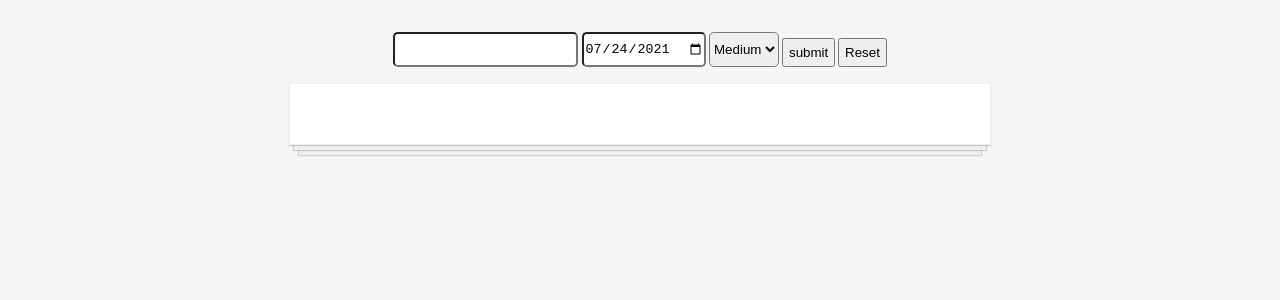
Repository: 0101chaitanya/react-todo
Page: /
These files come from the project's save history. The page is drawn as it stood at one moment and after a run of saves; the edit follows.
The browser window is 1280 px wide. The pictures show the whole page.
The project was rebuilt for these pictures with package versions that can differ from the ones it lists, and the page was loaded fresh each time. Also part of the build but not shown: src/components/TodoItem.js.

Above is the page before, as saved 2021-07-24 16:38:28.

### src/index.js
import React from "react";
import ReactDOM from "react-dom";
import "./index.css";
import App from "./App";
import reportWebVitals from "./reportWebVitals";
import css from "./App.css";

ReactDOM.render(
  <React.StrictMode>
    <App />
  </React.StrictMode>,
  document.getElementById("root")
);

// If you want to start measuring performance in your app, pass a function
// to log results (for example: reportWebVitals(console.log))
// or send to an analytics endpoint. Learn more: https://bit.ly/CRA-vitals
reportWebVitals();

### src/App.js
import React, { Component } from "react";
import TodoState from "./components/todoState";
import InputForm from "./components/InputForm";
import uniqid from "uniqid";
import { format } from "date-fns";
import css from "./App.css";
class App extends Component {
  constructor() {
    super();
    this.handleSubmit = this.handleSubmit.bind(this);
    this.state = {
      tasksArray: JSON.parse(localStorage.getItem("tasksArray")) ?? [],
    };
  }
  handleSubmit(e, input, context) {
    input.id = uniqid();

    e.preventDefault();
    this.setState(
      (prevState) => ({
        tasksArray: prevState.tasksArray.concat(input),
      }),
      () => {
        localStorage.setItem(
          "tasksArray",
          JSON.stringify(this.state.tasksArray)
        );
      }
    );

    console.log(this.state.tasksArray);
    //e.target.reset();
    e.target.submit();
  }

  render() {
    //localStorage.removeItem("tasksArray");
    //localStorage.clear();
    localStorage.setItem("tasksArray", JSON.stringify(this.state.tasksArray));
    console.log(this.state.tasksArray);

    //console.log(JSON.parse(localStorage.getItem("tasksArray")));
    return (
      <div>
        <InputForm
          className="input-form"
          //item={this.cache}
          //handleNoSubmission={this.handleNoSubmission}
          handleSubmit={this.handleSubmit}
        />
        <TodoState tasksArray={this.state.tasksArray} />
      </div>
    );
  }
}

export default App;

### src/App.css
body {
  background-color: whitesmoke;
}

.todo-list {
  background-color: white;
  margin: auto;
  width: 50%;
  display: flex;
  flex-direction: column;
  align-items: center;
  border: 1px solid #efefef;
  box-shadow:
    /* The top layer shadow */ 0 1px 1px rgba(0, 0, 0, 0.15),
    /* The second layer */ 0 10px 0 -5px #eee,
    /* The second layer shadow */ 0 10px 1px -4px rgba(0, 0, 0, 0.15),
    /* The third layer */ 0 20px 0 -10px #eee,
    /* The third layer shadow */ 0 20px 1px -9px rgba(0, 0, 0, 0.15);
  padding: 30px;
}

.todo-item {
  display: flex;
  justify-content: flex-start;
  align-items: center;
  padding: 30px 20px 0;
  width: 70%;
  border-bottom: 1px solid #cecece;
  font-family: Roboto, sans-serif;
  font-weight: 100;
  font-size: 15px;
  color: #333333;
}

input[type="checkbox"] {
  margin-right: 10px;
  font-size: 30px;
}

input[type="checkbox"]:focus {
  outline: 0;
}

.input-form {
  font-size: 1.6rem;
  display: grid;
  justify-content: center;
  position: relative;
  top: 2rem;
  margin-bottom: 3rem;
  grid-auto-flow: column;
  grid-gap: 0.2rem;
}
.input-form > * {
  border-radius: 0.3rem;
}
button,
input[type="submit"],
input[type="reset"] {
  padding: 0.3rem;
}

### src/components/todoState.js
import React from "react";
import TodoItem from "./TodoItem";
import css from "../App.css";
class TodoState extends React.Component {
  constructor(props) {
    super(props);
    this.state = {
      todos: this.props.tasksArray || [],
    };
    this.handleChange = this.handleChange.bind(this);
    //this.handleSubmit = this.handleSubmit.bind(this);
    this.deleteTask = this.deleteTask.bind(this);
    this.callSubmit = this.callSubmit.bind(this);
  }
  callSubmit(e, id, sentState) {
    this.setState(
      (prevState) => {
        const newTd = prevState.todos.map((todo) => {
          if (todo.id === id) {
            todo = sentState;
            return todo;
          } else {
            return todo;
          }
        });
        console.log(newTd);

        return {
          todos: newTd,
        };
      },
      (e) =>
        localStorage.setItem("tasksArray", JSON.stringify(this.state.todos))
    );
  }

  deleteTask(e, id) {
    this.setState(
      (prevState) => {
        const newTd = prevState.todos.filter((todo) => {
          return todo.id === id ? false : todo;
        });
        console.log(newTd);

        return {
          todos: newTd,
        };
      },
      (e) =>
        localStorage.setItem("tasksArray", JSON.stringify(this.state.todos))
    );
  }
  handleChange(id) {
    this.setState(
      (prevState) => {
        const newTodos = prevState.todos.map((todo) => {
          if (todo.id === id) {
            return {
              ...todo,
              completed: !todo.completed,
            };
          }
          return todo;
        });
        return {
          todos: newTodos,
        };
      },
      (e) =>
        localStorage.setItem("tasksArray", JSON.stringify(this.state.todos))
    );
  }
  render() {
    const todoItems = this.state.todos.map((item) => (
      <TodoItem
        key={item.id}
        item={item}
        callSubmit={this.callSubmit}
        deleteTask={this.deleteTask}
        handleChange={this.handleChange}
      />
    ));

    return (
      <div>
        <div className="todo-list">{todoItems}</div>
      </div>
    );
  }
}

export default TodoState;

### src/components/InputForm.js
import React from "react";
import uniqid from "uniqid";
import parseISO from "date-fns/parseISO";
import differenceInDays from "date-fns/differenceInDays";
import { format } from "date-fns";

class InputForm extends React.Component {
  constructor(props) {
    super(props);
    this.state = this.props.item || {
      description: "",
      date: format(new Date(), "yyyy-MM-dd"),
      priority: "medium",
      completed: false,
    };
    this.handleChange = this.handleChange.bind(this);
  }

  handleChange(e) {
    const { name, value } = e.target;
    this.setState({
      ...this.state,

      [name]: value,
    });
  }

  render() {
    const bin = this.props.item;

    return (
      <form
        className="input-form"
        onSubmit={(e) => {
          this.props.handleSubmit(e, this.state, this);
          this.setState({
            description: "",
            date: format(new Date(), "yyyy-MM-dd"),
            priority: "medium",
            id: uniqid(),
            priorityTags: ["medium"],
            dateTags: [],
            completed: false,
          });
        }}
        onReset={(e) => {
          //e.preventDefault();
          this.setState({
            state: bin,
          });
        }}
      >
        <input
          onChange={this.handleChange}
          value={this.state.description}
          name="description"
          type="text"
          required
        />
        <input
          required
          onChange={this.handleChange}
          value={this.state.date}
          name="date"
          type="date"
        />
        <select
          onChange={this.handleChange}
          value={this.state.priority}
          name="priority"
          required
        >
          <option value="low">Low</option>
          <option value="medium">Medium</option>
          <option value="high">High</option>
        </select>

        <label>
          <input type="submit" value="submit" />
        </label>
        <label>
          <input type="reset" value="Reset" />
        </label>
      </form>
    );
  }
}
export default InputForm;

Loaded but not shown: public/index.html (common file); src/index.css (common file); src/reportWebVitals.js (common file)

After the next 2 saves:
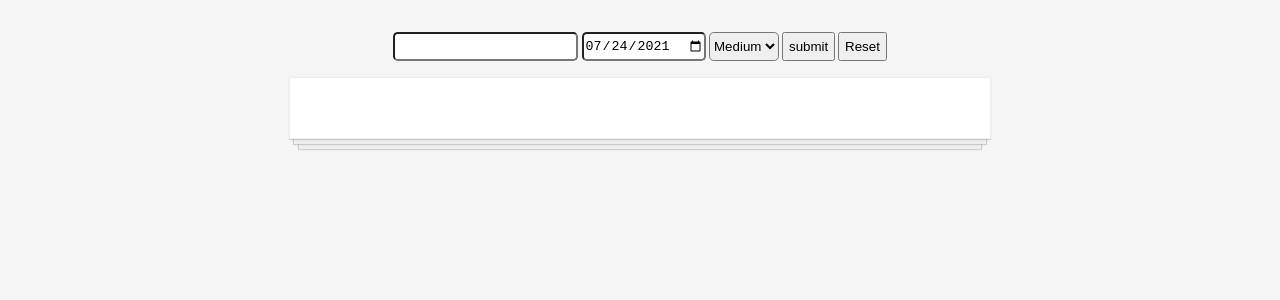
The 2 saves are shown as one change because they came seconds apart.
The last was saved 19 s later.
--- a/src/App.css
+++ b/src/App.css
@@ -42,7 +42,7 @@ input[type="checkbox"]:focus {
 }
 
 .input-form {
-  font-size: 1.6rem;
+  font-size: 1.2rem;
   display: grid;
   justify-content: center;
   position: relative;
